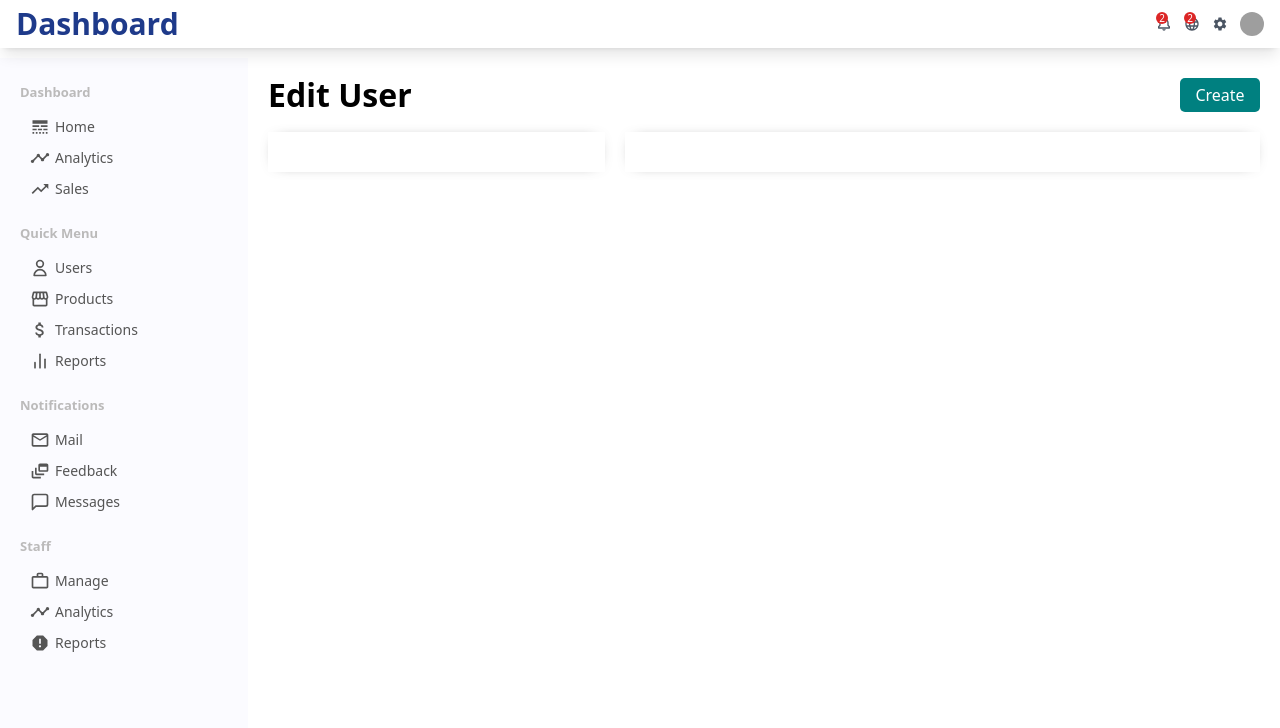
Repository: nation430/React-AdminDashboard
Page: /user/1
These files come from the project's save history. The page is drawn as it stood at one moment and after the next save; the edit follows.
The browser window is 1280 px wide. The pictures show the whole page.
Pictures or frames that could not be fetched are drawn as grey boxes. The project was rebuilt for these pictures with package versions that can differ from the ones it lists, and the page was loaded fresh each time. Also part of the build but not shown: src/pages/home/home.css, src/components/featuredInfo/featuredInfo.css, src/components/featuredInfo/FeaturedInfo.jsx, src/components/chart/chart.css, src/components/chart/Chart.jsx, src/dummyData.js, src/components/widgetSm/widgetSm.css, src/components/widgetSm/WidgetSm.jsx and 5 more.

Above is the page before, as saved 2022-08-31 10:06:46.

### public/index.html
<!DOCTYPE html>
<html lang="en">
  <head>
    <meta charset="utf-8" />
    <meta name="viewport" content="width=device-width, initial-scale=1" />
    <meta name="theme-color" content="#000000" />
    <meta
      name="description"
      content="Web site created using create-react-app"
    />
    <link rel="preconnect" href="https://fonts.googleapis.com" />
    <link rel="preconnect" href="https://fonts.gstatic.com" crossorigin />
    <link
      href="https://fonts.googleapis.com/css2?family=Source+Sans+Pro:wght@200;300;400;600;700&display=swap"
      rel="stylesheet"
    />

    <title>React Admin Dashboard</title>
  </head>
  <body>
    <noscript>You need to enable JavaScript to run this app.</noscript>
    <div id="root"></div>
  </body>
</html>

### src/index.css
@tailwind base;
h1 {
  @apply text-2xl;
}
h2 {
  @apply text-xl;
}
h3 {
  @apply text-lg;
}
@tailwind components;
@tailwind utilities;

* {
  margin: 0;
  padding:0;
  box-sizing: border-box;

}

### src/App.js
import Topbar from "./components/topbar/Topbar";
import Sidebar from "./components/sidebar/Sidebar";
import Home from "./pages/home/Home";
import "./app.css";
import { BrowserRouter as Router, Routes, Route } from "react-router-dom";
import UserList from "./pages/home/userList/UserList";
import User from "./pages/home/user/User";

function App() {
  return (
    <Router>
      <Topbar />
      <div className="wrapper flex h-full">
        <Sidebar />
        <Routes>
          <Route exact path="/">
            <Route path="/" element={<Home />} />
            <Route path="users" element={<UserList />} />
            <Route path="/user/:userId" element={<User />} />
          </Route>
        </Routes>
      </div>
    </Router>
  );
}

export default App;

### src/components/topbar/Topbar.jsx
import React from "react";
import  "./topbar.css";
import { BiBell } from 'react-icons/bi';
import { MdLanguage, MdSettings  } from "react-icons/md";


export default function Topbar () {
    return(
        <div className="topbar w-full h-12 bg-white sticky top-0 z-50 shadow-lg ">
            <div className="topbarWeapper flex items-center justify-between h-full px-4 py-0">
            <div className="topLeft">
                <span className="logo font-bold text-3xl text-blue-900 cursor-pointer ...">Dashboard</span>
            </div>
            <div className="topRight flex items-center">

                {/* First icon  */}
                <div className="topbarIconsContainer relative cursor-pointer ... ml-3 text-gray-600">
                <BiBell />
                <span className="topIconBadge absolute text-white bg-red-600 right-1 -top-1 flex items-center justify-center rounded-full text-xs h-3 w-3">2</span>
                </div>

                   {/*second icon  */}
                <div className="topbarIconsContainer relative cursor-pointer ... ml-3 text-gray-600">
                <MdLanguage />
                <span className="topIconBadge absolute text-white bg-red-600 right-1 -top-1 flex items-center justify-center rounded-full text-xs h-3 w-3">2</span>
                </div>


                    {/*third icon  */}
                <div className="topbarIconsContainer relative cursor-pointer ... mx-3 text-gray-600">
                < MdSettings  />
                </div>

                <img src="images/img.png" alt="BigCo Inc. logo"  className="topAvater w-6 h-6 rounded-full cursor-pointer ..."/>

            </div>
            </div>
        </div>
    )

}

### src/components/sidebar/Sidebar.jsx
import "./sidebar.css";
import { MdLineStyle, MdOutlineTimeline, MdTrendingUp, MdStorefront, MdAttachMoney, MdOutlineMail, MdDynamicFeed, MdWorkOutline, MdReport} from "react-icons/md";
import { HiOutlineUser} from "react-icons/hi";
import { FiBarChart2, FiMessageSquare} from "react-icons/fi";

export default function sidebar(){
    return(
        <div className="sidebar sticky">
        <div className="sidebarWrapper p-5">
            {/* first sidenavbar */}
            <div className="sidebarMenu mb-2.5">
                <h3 className="sidebarTitle">Dashboard</h3>
                <ul className="sidebarList px-4 py-0">
                    <li className="sidebarListItems flex items-center">
                    <MdLineStyle className="sidebarIcon"/>
                    Home
                    </li>

                    <li className="sidebarListItems flex items-center">
                    <MdOutlineTimeline className="sidebarIcon" />
                    Analytics
                    </li>


                    <li className="sidebarListItems flex items-center">
                    <MdTrendingUp className="sidebarIcon" />
                   Sales
                    </li>
                </ul>
            </div>

            {/* second sidenavbar */}
            <div className="sidebarMenu mb-2.5">
                <h3 className="sidebarTitle">Quick Menu</h3>
                <ul className="sidebarList px-4 py-1">
                    <li className="sidebarListItems flex items-center">
                    <HiOutlineUser className="sidebarIcon" />
                    Users
                    </li>

                    <li className="sidebarListItems flex  items-center" >
                    <MdStorefront className="sidebarIcon" />
                    Products
                    </li>

                    <li className="sidebarListItems flex items-center">
                    <MdAttachMoney className="sidebarIcon" />
                   Transactions
                    </li>


                    <li className="sidebarListItems flex items-center">
                    <FiBarChart2 className="sidebarIcon" />
                   Reports
                    </li>
                </ul>
            </div>

                {/* third sidenavbar */}
                <div className="sidebarMenu mb-2.5">
                <h3 className="sidebarTitle">Notifications</h3>
                <ul className="sidebarList px-4 py-1">
                    <li className="sidebarListItems flex items-center">
                    <MdOutlineMail className="sidebarIcon" />
                    Mail
                    </li>

                    <li className="sidebarListItems flex  items-center" >
                    <MdDynamicFeed className="sidebarIcon" />
                    Feedback
                    </li>

                    <li className="sidebarListItems flex items-center">
                    <FiMessageSquare className="sidebarIcon" />
                   Messages
                    </li>
                </ul>
            </div>

                {/* fourth sidenavbar */}
                <div className="sidebarMenu mb-2.5">
                <h3 className="sidebarTitle">Staff</h3>
                <ul className="sidebarList px-4 py-1">
                    <li className="sidebarListItems flex items-center">
                    <MdWorkOutline className="sidebarIcon" />
                    Manage
                    </li>

                    <li className="sidebarListItems flex  items-center" >
                    <MdOutlineTimeline className="sidebarIcon" />
                    Analytics
                    </li>

                    <li className="sidebarListItems flex items-center">
                    <MdReport className="sidebarIcon" />
                   Reports
                    </li>
                </ul>
            </div>
        </div>
        </div>
    )
}

### src/app.css

* {
    margin: 0;
    padding:0;
    box-sizing: border-box;

}


h1{
    font-size: 2em ;
    font-weight: bolder;
}

h2{
    font-size: 1.5em ;
    font-weight: bolder;
}

h3{
    font-size: 1.17em ;
    font-weight: bolder;
}

.wrapper{
    margin-top:10px;
}

### src/pages/home/user/User.jsx
import "./user.css";

export default function User(){
    return(

        <div className="user">
            <div className="userTitleContainer flex items-center justify-between">
                <h1 className="userTitle">Edit User</h1>
                <button className="userAddButton border-none cursor-pointer---">Create</button>
            </div>
            <div className="userContainer flex">
              <div className="userShow">
                  <div className="userShowTop">

                  </div>
                  <div className="userSHowBottom"></div>
              </div>
              <div className="userUpdate"></div>
            </div>
        </div>
    )
}

### src/components/topbar/topbar.css
.text-xs{
    font-size: 10px;
  }

### src/components/sidebar/sidebar.css
.sidebar{
    flex: 1;
    height: calc(100vh - 50px);
    top:50px;
    background:rgb(251, 251, 255);
}

.sidebarWrapper{
    color: #555;
}

.sidebarTitle{
    font-size: 13px;
    color:rgb(187, 186, 186);
}

.sidebarList{
    padding:5px;
    font-size: 14px;;
}


.sidebarListItems {
    padding:5px;
    cursor: pointer;
    border-radius: 10px;
}

.sidebarListItems.active,
.sidebarListItems:hover{
    background:rgb(228, 228, 250);
}

.sidebarIcon{
    margin-right:5px;
    font-size:20px;
}

### src/pages/home/user/user.css
.user{
    flex: 4;
    padding: 20px;
  }

  .userAddButton{
      width:80px;
      padding:5px;
      background: teal;
      border-radius: 5px;
      color:white;
      font-size: 16px;

  }
  .userContainer{
      margin-top:20px;
  }

  .userShow{
      flex: 1;
      padding:20px;
      box-shadow: 0px 0px 15px -10px rgba(0,0,0,0.75);
    -webkit-box-shadow:0px 0px 15px -10px rgba(0,0,0,0.75);
    -moz-box-shadow: 0px 0px 15px -10px rgba(0,0,0,0.75);
  }

  .userUpdate{
    flex: 2;
    padding:20px;
    margin-left:20px;
    box-shadow: 0px 0px 15px -10px rgba(0,0,0,0.75);
  -webkit-box-shadow:0px 0px 15px -10px rgba(0,0,0,0.75);
  -moz-box-shadow: 0px 0px 15px -10px rgba(0,0,0,0.75);
}

Loaded but not shown: src/index.js (common file); tailwind.config.js (common file)

After the next save:
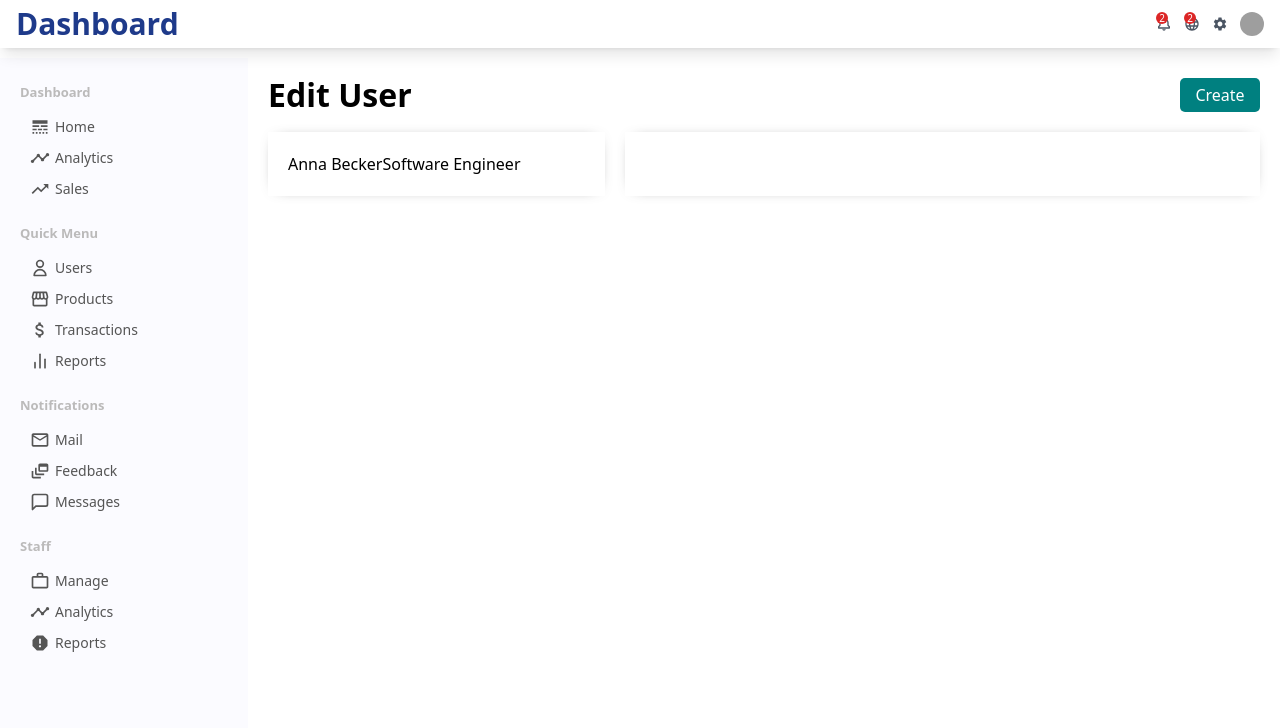
Saved 42 s later.
--- a/src/pages/home/user/User.jsx
+++ b/src/pages/home/user/User.jsx
@@ -10,9 +10,10 @@ export default function User(){
             </div>
             <div className="userContainer flex">
               <div className="userShow">
-                  <div className="userShowTop">
-
-                  </div>
+              <div className="userShowTopTitle">
+              <span className="userShowUsername">Anna Becker</span>
+              <span className="userShowUserTitle">Software Engineer</span>
+            </div>
                   <div className="userSHowBottom"></div>
               </div>
               <div className="userUpdate"></div>
